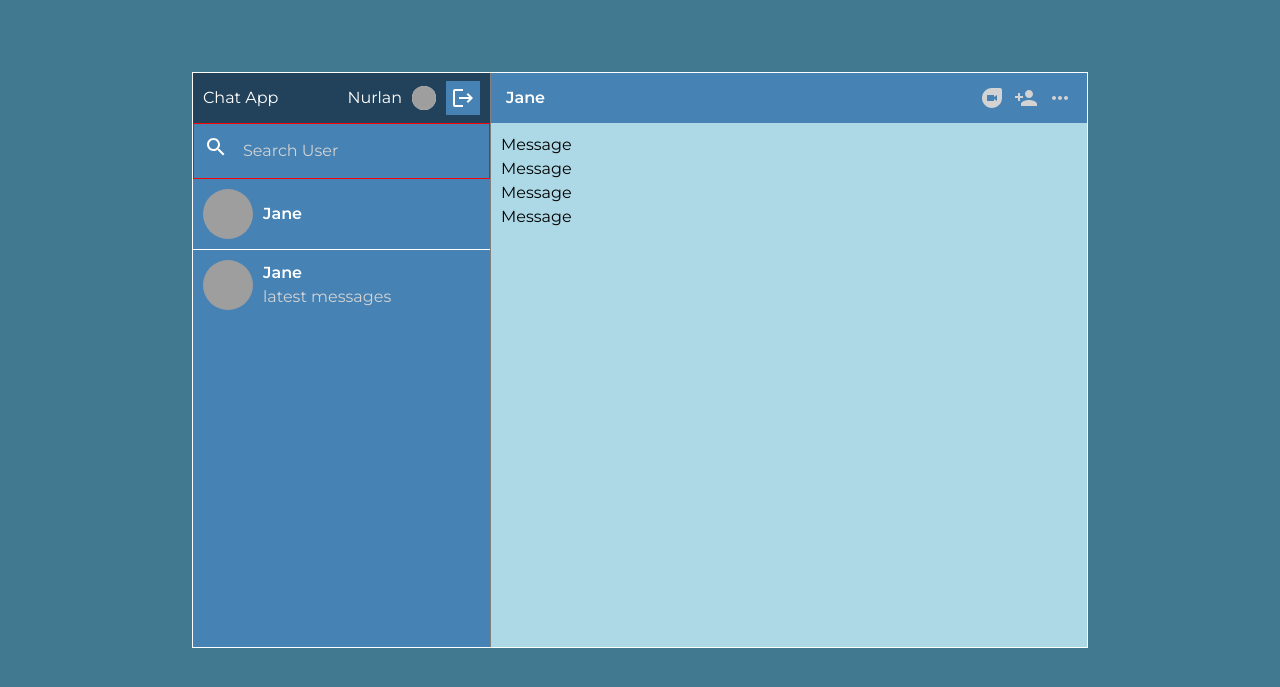
Repository: Nurlan-Bakenbaev/chat-app
Page: /
These files come from the project's save history. The page is drawn as it stood at one moment and after a run of saves; the edit follows.
The browser window is 1280 px wide. The pictures show the whole page.
Pictures or frames that could not be fetched are drawn as grey boxes. The project was rebuilt for these pictures with package versions that can differ from the ones it lists, and the page was loaded fresh each time. Also part of the build but not shown: vite.config.js. Imported but missing from the stored project, and not drawn on this page: src/pages/Login.

Above is the page before, as saved 2023-08-19 18:31:33.

After the next 2 saves:
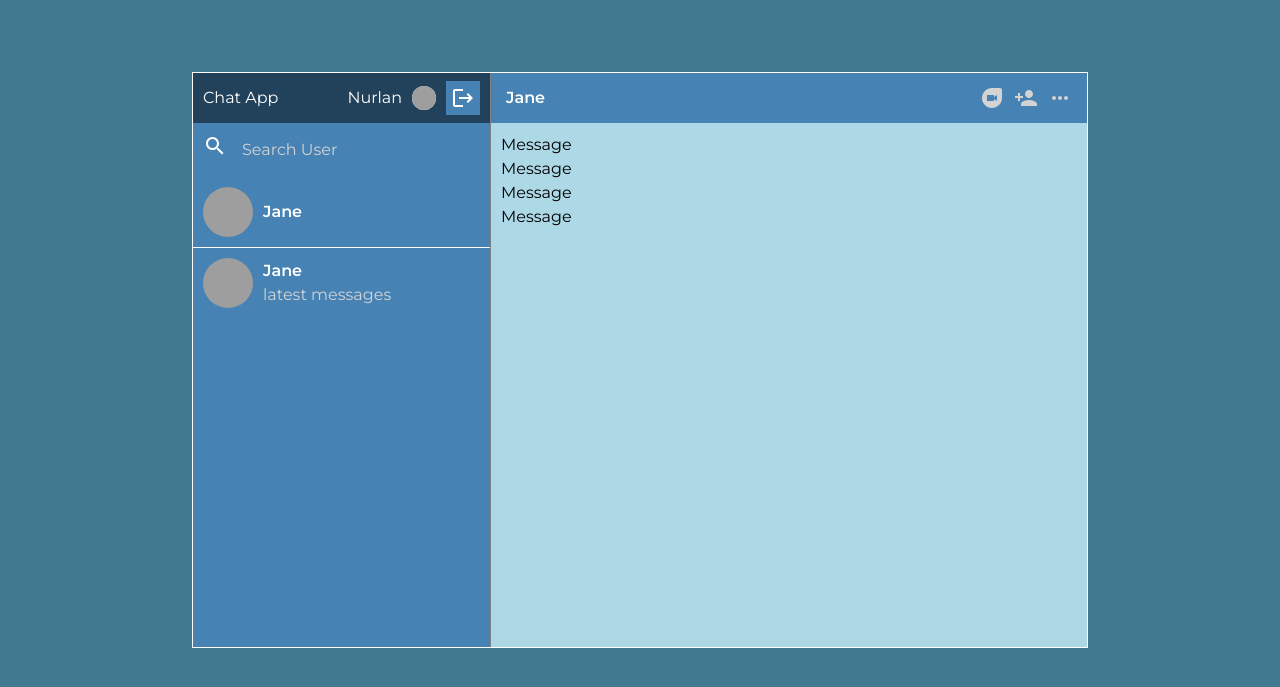
The 2 saves are shown as one change because they came seconds apart.
The last was saved 12 s later.
--- a/src/style.scss
+++ b/src/style.scss
@@ -125,7 +125,6 @@
         .searchForm {
           display: flex;
           flex-direction: row;
-          border: 1px solid red;
           padding: 10px;
           input {
             width: 100%;
@@ -208,7 +207,7 @@
         padding: 10px;
         height: 100%;
       }
-      .input{
+      .input {
         height: 50px;
         background-color: lightgrey;
       }
